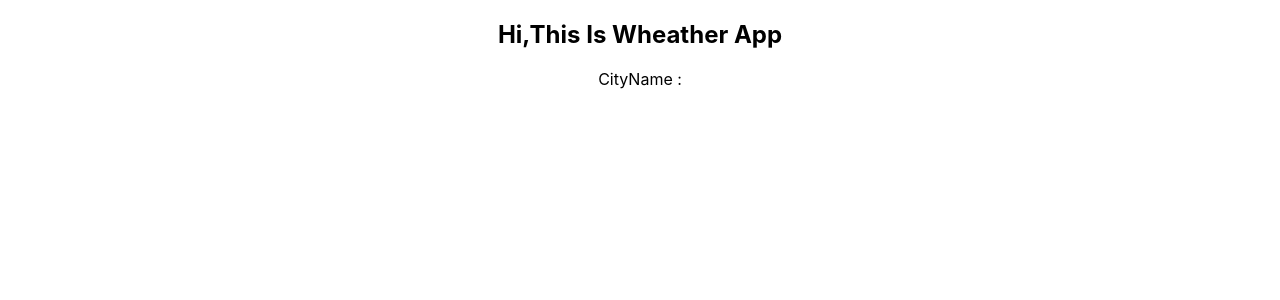
Repository: mohit78911/Wheather_app
Page: /
These files come from the project's save history. The page is drawn as it stood at one moment and after a run of saves; the edit follows.
The browser window is 1280 px wide. The pictures show the whole page.
The page's requests for data from a server got no answer. The project was rebuilt for these pictures with package versions that can differ from the ones it lists, and the page was loaded fresh each time. No one was signed in, and anything a server would have sent is missing. Also part of the build but not shown: src/App.css.

Above is the page before, as saved 2023-04-13 22:24:58.

### public/index.html
<!DOCTYPE html>
<html lang="en">
  <head>
    <meta charset="utf-8" />
    <link rel="icon" href="%PUBLIC_URL%/favicon.ico" />
    <meta name="viewport" content="width=device-width, initial-scale=1" />
    <meta name="theme-color" content="#000000" />
    <meta
      name="description"
      content="Web site created using create-react-app"
    />
    <link rel="apple-touch-icon" href="%PUBLIC_URL%/logo192.png" />
    <!--
      manifest.json provides metadata used when your web app is installed on a
      user's mobile device or desktop. See https://developers.google.com/web/fundamentals/web-app-manifest/
    -->
    <link rel="manifest" href="%PUBLIC_URL%/manifest.json" />
    <!--
      Notice the use of %PUBLIC_URL% in the tags above.
      It will be replaced with the URL of the `public` folder during the build.
      Only files inside the `public` folder can be referenced from the HTML.

      Unlike "/favicon.ico" or "favicon.ico", "%PUBLIC_URL%/favicon.ico" will
      work correctly both with client-side routing and a non-root public URL.
      Learn how to configure a non-root public URL by running `npm run build`.
    -->
    <title>React App</title>
  </head>
  <body style="text-align: center;">
    <noscript>You need to enable JavaScript to run this app.</noscript>
    <div id="root"></div>
    <!--
      This HTML file is a template.
      If you open it directly in the browser, you will see an empty page.

      You can add webfonts, meta tags, or analytics to this file.
      The build step will place the bundled scripts into the <body> tag.

      To begin the development, run `npm start` or `yarn start`.
      To create a production bundle, use `npm run build` or `yarn build`.
    -->
  </body>
</html>

### src/App.js
// import logo from "./logo.svg";
import "./App.css";
import axios from "axios";
import { useEffect, useState } from "react";

function App() {
  const [data, setData] = useState({});
  // const [newTemp, setNewTemp] = useState({});
  const URL =
    "https://api.openweathermap.org/data/2.5/weather?q=sirohi&appid=e307084c4507dcec68f39adf684659b9&units=metric";
  const getData = () => {
    axios
      .get(URL)
      .then((resp) => setData(resp.data))
      .catch((error) => console.log(error));
  };
  // const newData = () => {
  //   axios
  //     .get(URL)
  //     .then((response) => setNewTemp(response.data.main))
  //     .catch((error) => console.log(error));
  // };
  useEffect(() => {
    getData();
  });
  return (
    <>
      <h2>Hi,This Is Wheather App</h2>
      <div>CityName : {data.name}</div>
      {/* <div>Temp Of City : {data.main.temp}</div> */}
      {/* <div>{data.main.temp_min}</div> */}
    </>
  );
}

export default App;

Loaded but not shown: src/index.js (common file); src/index.css (common file); src/reportWebVitals.js (common file)

After the next 2 saves:
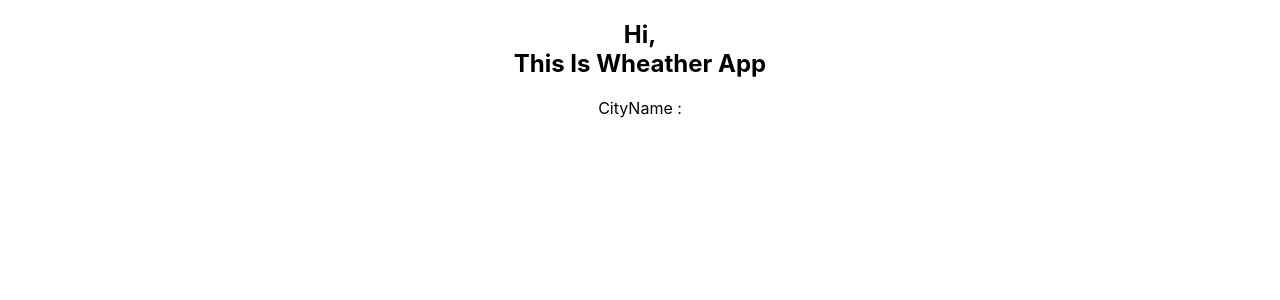
The 2 saves are shown as one change because they came seconds apart.
The last was saved 10 s later.
--- a/src/App.js
+++ b/src/App.js
@@ -25,7 +25,7 @@ function App() {
   });
   return (
     <>
-      <h2>Hi,This Is Wheather App</h2>
+      <h2>Hi,<br/>This Is Wheather App</h2>
       <div>CityName : {data.name}</div>
       {/* <div>Temp Of City : {data.main.temp}</div> */}
       {/* <div>{data.main.temp_min}</div> */}
